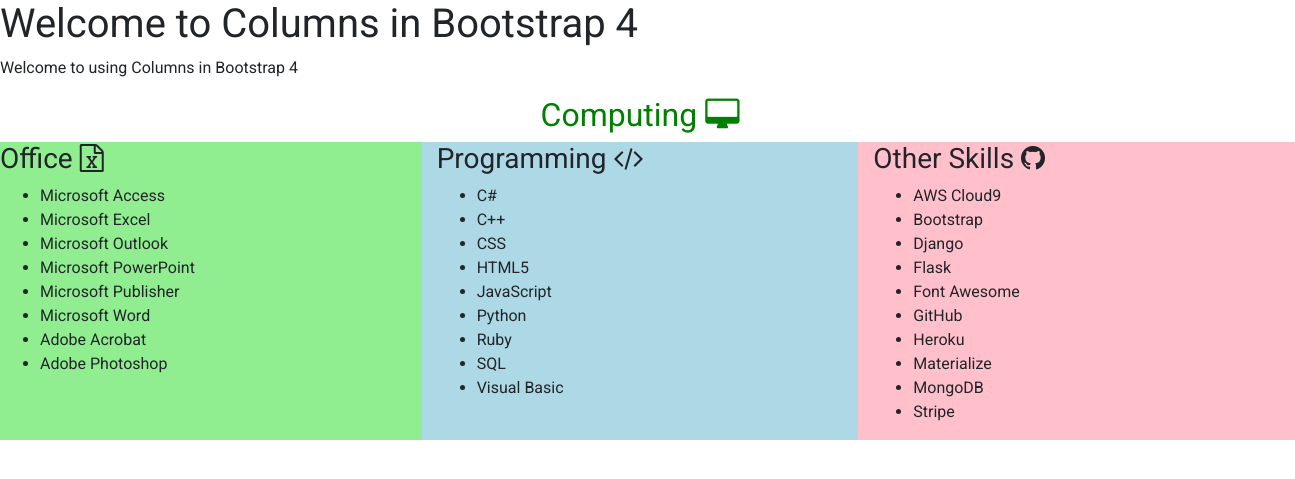
Repository: derektypist/columns-in-bootstrap-4
Page: index.html
The author's editor kept a record of every edit. The page is drawn from the files as they stood at one moment, then again after the next edit.
The browser window is 1280 px wide. The page is 1295 px wide, so the pictures cover 1295 px, including what lies to the right of the window. The pictures show the whole page.

Above is the page before.

### index.html
<!DOCTYPE html>
<html lang="en">

<head>
    <meta charset="UTF-8">
    <meta name="viewport" content="width=device-width, initial-scale=1.0">
    <meta http-equiv="X-UA-Compatible" content="ie=edge">
    <title>Columns in Bootstrap 4</title>
    <!-- Load Style Sheets -->
    <link rel="stylesheet" href="https://maxcdn.bootstrapcdn.com/bootstrap/4.3.1/css/bootstrap.min.css" integrity="sha384-ggOyR0iXCbMQv3Xipma34MD+dH/1fQ784/j6cY/iJTQUOhcWr7x9JvoRxT2MZw1T" crossorigin="anonymous">
    <link rel="stylesheet" href="https://maxcdn.bootstrapcdn.com/font-awesome/4.7.0/css/font-awesome.min.css" type="text/css" />
    <link href="https://fonts.googleapis.com/css?family=Roboto&display=swap" rel="stylesheet">
    <link href="style.css" rel="stylesheet">
</head>

<body>
    <!-- Apply Header -->
    <header>
        <h1>Welcome to Columns in Bootstrap 4</h1>
        <p>Welcome to using Columns in Bootstrap 4</p>
    </header>

    <!-- Apply Sections -->
    <section>
        <h2>Computing <i class="fa fa-desktop" aria-hidden="true"></i></h2>

        <!-- Set Up Row -->
        <article class="row">
            <!-- Set Up Article for Office -->
            <article class="col-sm-4 office">
                <h3>Office <i class="fa fa-file-excel-o" aria-hidden="true"></i></h3>
                <ul>
                    <li>Microsoft Access</li>
                    <li>Microsoft Excel</li>
                    <li>Microsoft Outlook</li>
                    <li>Microsoft PowerPoint</li>
                    <li>Microsoft Publisher</li>
                    <li>Microsoft Word</li>
                    <li>Adobe Acrobat</li>
                    <li>Adobe Photoshop</li>
                </ul>
            </article>

            <!-- Set Up Article for Programming -->
            <article class="col-sm-4 programming">
                <h3>Programming <i class="fa fa-code" aria-hidden="true"></i></h3>
                <ul>
                    <li>C#</li>
                    <li>C++</li>
                    <li>CSS</li>
                    <li>HTML5</li>
                    <li>JavaScript</li>
                    <li>Python</li>
                    <li>Ruby</li>
                    <li>SQL</li>
                    <li>Visual Basic</li>
                </ul>
            </article>

            <!-- Set Up Article for Other Skills -->
            <article class="col-sm-4 otherskills">
                <h3>Other Skills <i class="fa fa-github" aria-hidden="true"></i></h3>
                <ul>
                    <li>AWS Cloud9</li>
                    <li>Bootstrap</li>
                    <li>Django</li>
                    <li>Flask</li>
                    <li>Font Awesome</li>
                    <li>GitHub</li>
                    <li>Heroku</li>
                    <li>Materialize</li>
                    <li>MongoDB</li>
                    <li>Stripe</li>
                </ul>
            </article>
        </article>
    </section>

</body>

</html>

### style.css
/* Body */

body {
    font-family: "Roboto", Arial, Verdana, sans-serif;
}

/* Header */

#myheader {
    color: purple;
    text-align: center;
}


/* Section */

h2 {
    color: green;
    text-align: center;
}

/* Office */

.office {
    background-color: lightgreen;
}

/* Programming */

.programming {
    background-color: lightblue;
}

/* Other Skills */

.otherskills {
    background-color: pink;
}

After the next edit:
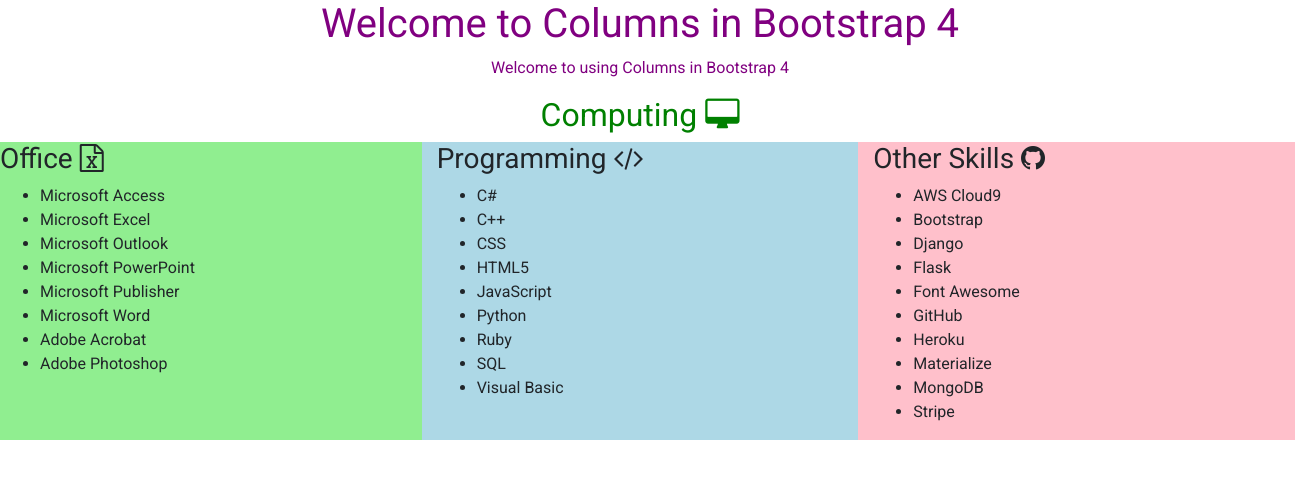
The edit:
--- a/index.html
+++ b/index.html
@@ -15,7 +15,7 @@
 
 <body>
     <!-- Apply Header -->
-    <header>
+    <header id="myheader">
         <h1>Welcome to Columns in Bootstrap 4</h1>
         <p>Welcome to using Columns in Bootstrap 4</p>
     </header>
